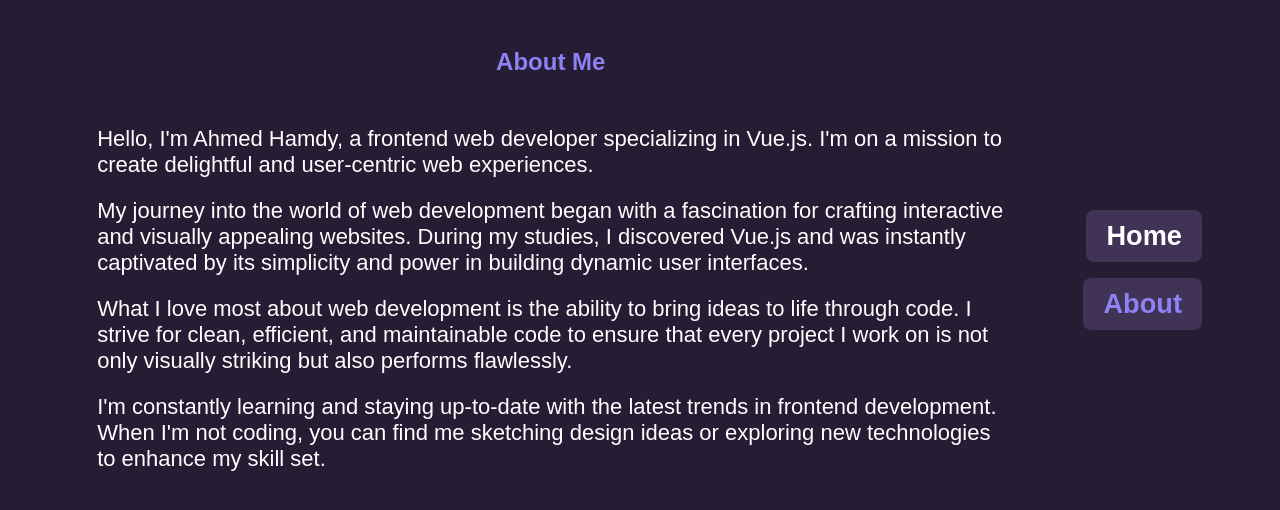
Repository: ahamdy997/portfolio
Page: /about
An editor plug-in stored every save of this project. The page is shown before and after the next save, followed by the edit.
The browser window is 1280 px wide. The pictures show the whole page.
The project was rebuilt for these pictures with package versions that can differ from the ones it lists, and the page was loaded fresh each time. Also part of the build but not shown: vue.config.js, src/components/HelloWorld.vue, src/views/HomeView.vue.

Above is the page before, as saved 2023-11-05 22:37:40.

### src/App.vue
<template>
  <div class="flex">
    <router-view />
    <header>
      <nav>
        <router-link to="/">Home</router-link>
        <router-link to="/about">About</router-link>
      </nav>
    </header>
  </div>
</template>

<style>
* {
  box-sizing: border-box;
  padding: 0;
  margin: 0;
}

.flex {
  display: flex;
  align-items: center;
  justify-content: space-between;
  width: 100%;
  padding: 3rem;
}
header {
  font-size: 1.7rem;
}

nav {
  padding: 30px;
  text-align: center;
  display: flex;
  flex-direction: column;
  gap: 1rem;
}
body {
  font-family: sans-serif;
  background: #261c33;
  display: flex;
  align-items: center;
  justify-content: center;
  color: #fff;
  text-align: center;
  width: 100%;
}
nav a {
  font-weight: bold;
  color: #fff;
  text-decoration: none;
  border-radius: 8px;
  background-color: #56447092;
  padding: 10px 20px;
  align-self: flex-end;
}
a:hover {
  color: rgba(137, 147, 200, 0.7);
}

nav a.router-link-exact-active {
  color: #8d81f3;
}
</style>

### src/views/AboutView.vue
<template>
  <div class="about">
    <h2>About Me</h2>
    <p>
      Hello, I'm Ahmed Hamdy, a frontend web developer specializing in Vue.js.
      I'm on a mission to create delightful and user-centric web experiences.
    </p>
    <p>
      My journey into the world of web development began with a fascination for
      crafting interactive and visually appealing websites. During my studies, I
      discovered Vue.js and was instantly captivated by its simplicity and power
      in building dynamic user interfaces.
    </p>
    <p>
      What I love most about web development is the ability to bring ideas to
      life through code. I strive for clean, efficient, and maintainable code to
      ensure that every project I work on is not only visually striking but also
      performs flawlessly.
    </p>
    <p>
      I'm constantly learning and staying up-to-date with the latest trends in
      frontend development. When I'm not coding, you can find me sketching
      design ideas or exploring new technologies to enhance my skill set.
    </p>
  </div>
</template>
<style scoped>
p {
  margin: 20px;
}
.about h2 {
  text-align: center;
  margin-bottom: 50px;
  font-size: 1.5rem;
  color: #8d81f3;
}
.about {
  width: 80%;
  margin: auto;
  text-align: start;
  font-size: 22px;
}
</style>

Loaded but not shown: public/index.html (common file); src/main.js (common file); src/router/index.js (common file)

After the next save:
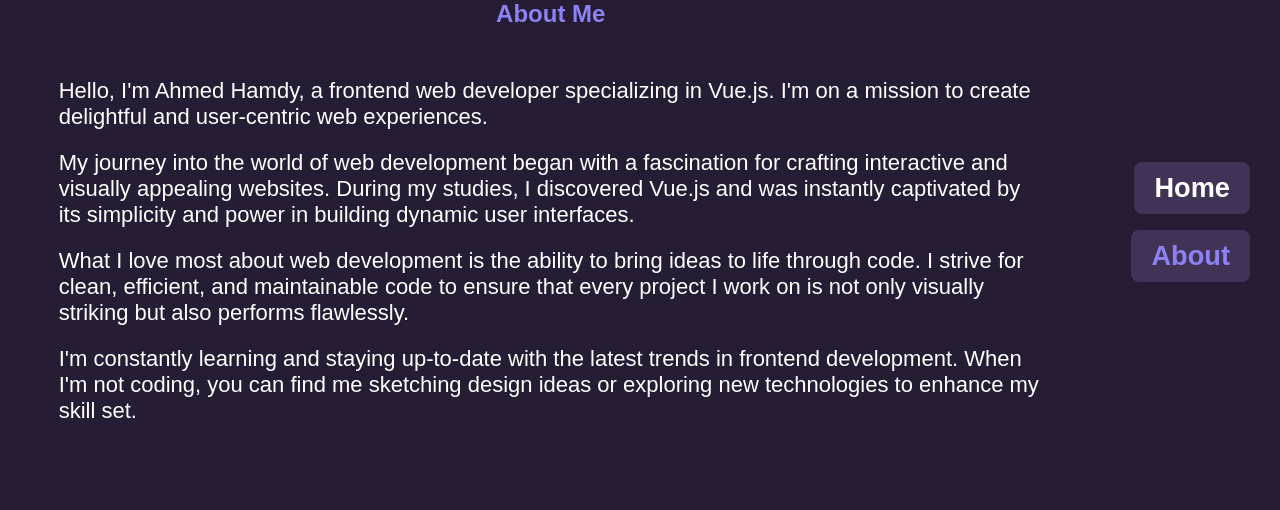
Saved 59 s later.
--- a/src/App.vue
+++ b/src/App.vue
@@ -22,7 +22,6 @@
   align-items: center;
   justify-content: space-between;
   width: 100%;
-  padding: 3rem;
 }
 header {
   font-size: 1.7rem;

After the save that followed:
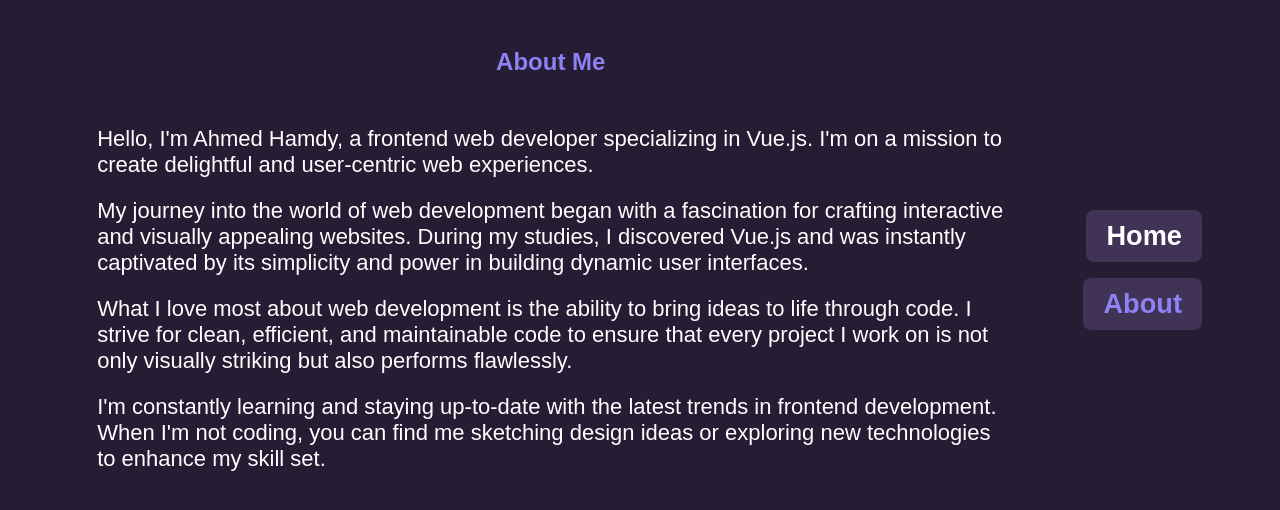
Saved 5 s later.
--- a/src/App.vue
+++ b/src/App.vue
@@ -21,7 +21,7 @@
   display: flex;
   align-items: center;
   justify-content: space-between;
-  width: 100%;
+  padding: 3rem;
 }
 header {
   font-size: 1.7rem;
